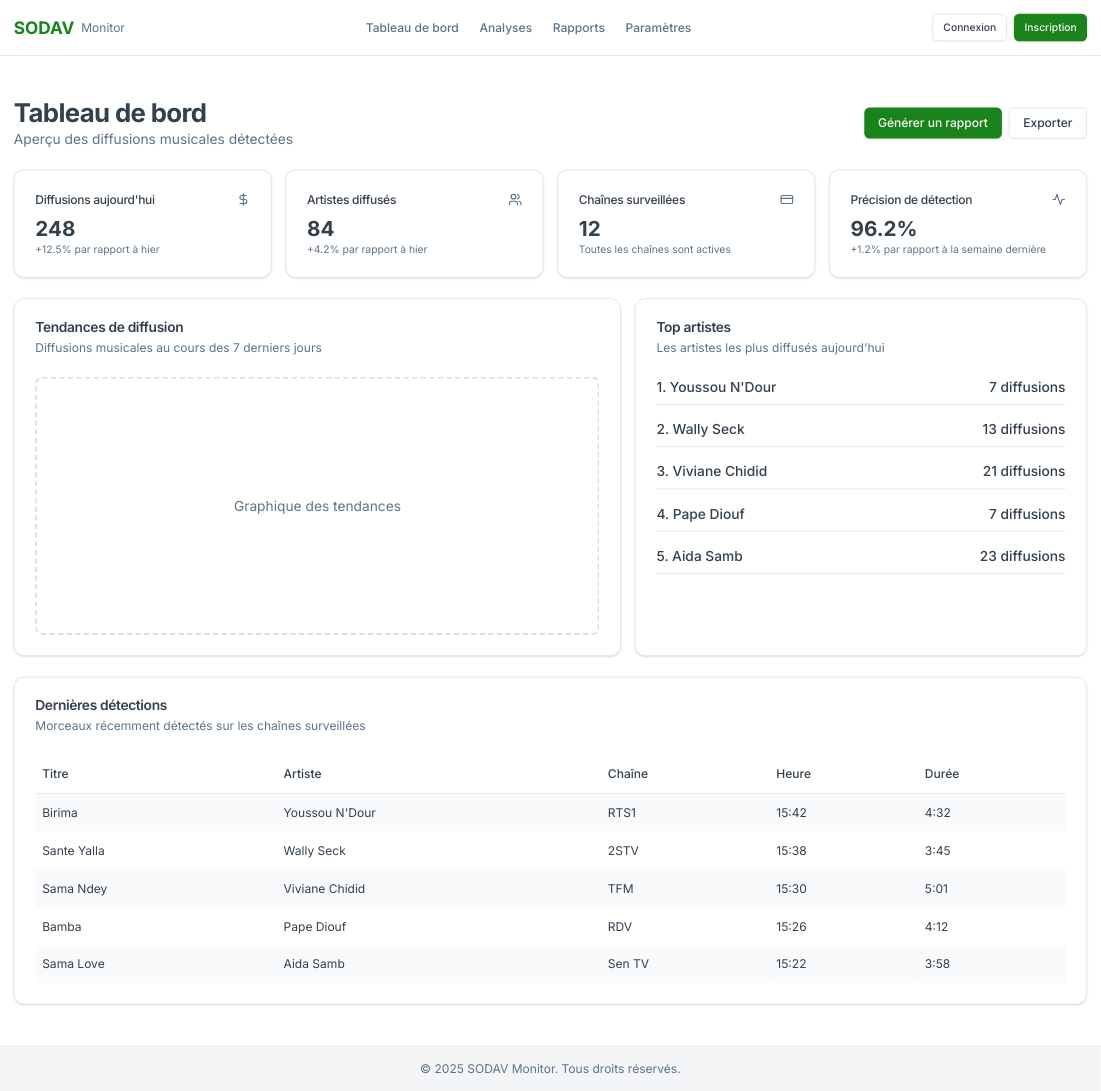
Repository: LordThiouk/soda
Page: /dashboard (app in frontend/)
An editor plug-in stored every save of this project. The page is shown before and after the next save, followed by the edit.
The browser window is 1280 px wide. The pictures show the whole page, at 86% of full size.
The project was rebuilt for these pictures with package versions that can differ from the ones it lists, and the page was loaded fresh each time. The framework's server and built-in components were replaced by stand-ins that run in the browser. Also part of the build but not shown: frontend/next.config.js.

Above is the page before, as saved 2025-03-27 16:21:21.

After the next save:
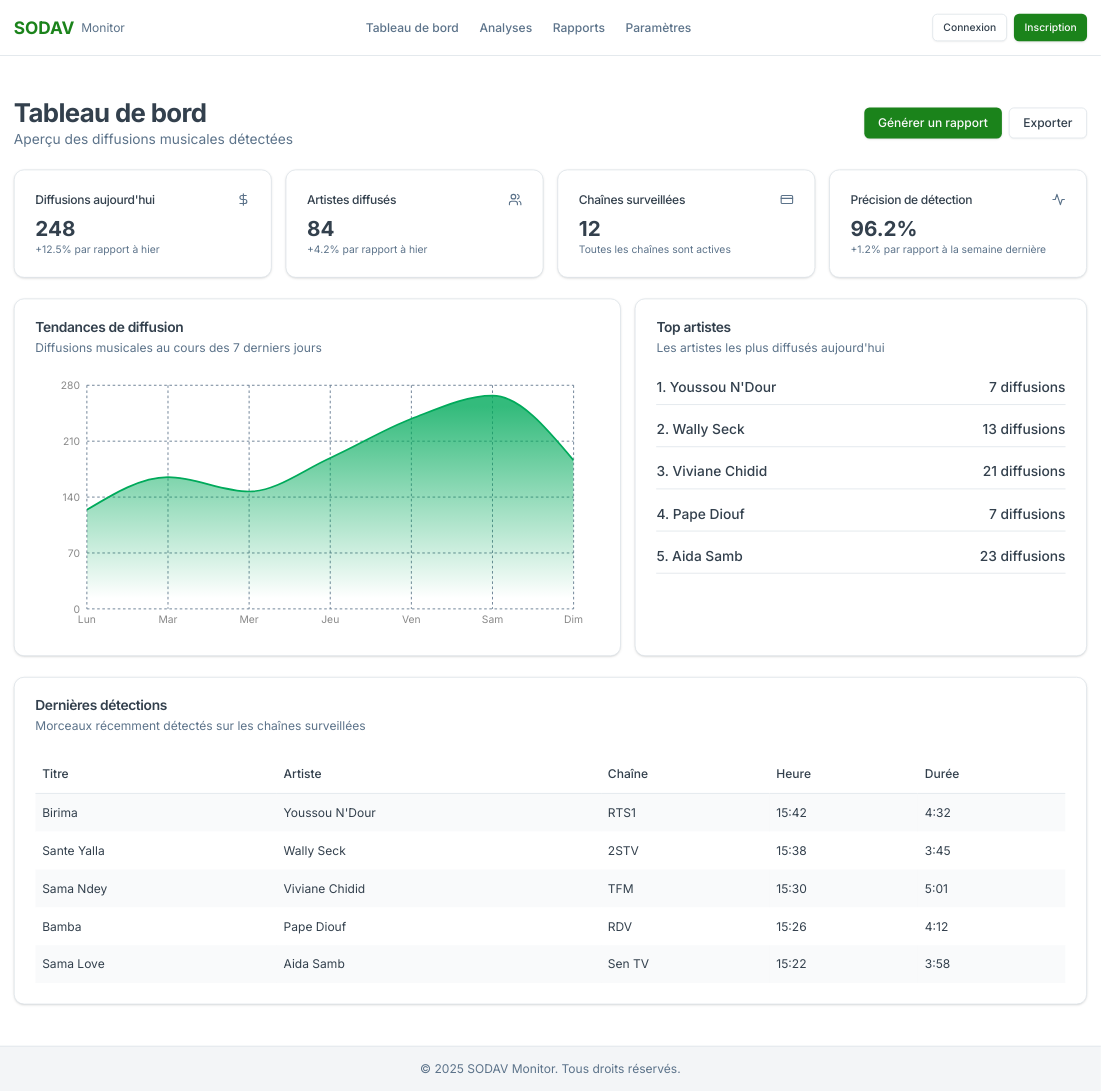
Saved 43 s later.
--- a/frontend/src/app/(auth)/dashboard/page.tsx
+++ b/frontend/src/app/(auth)/dashboard/page.tsx
@@ -1,5 +1,17 @@
 import { Card, CardContent, CardDescription, CardHeader, CardTitle } from "@/components/ui/card";
 import { Button } from "@/components/ui/button";
+import { AreaChart } from "@/components/charts/AreaChart";
+
+// Données de démonstration pour le graphique des tendances
+const trendData = [
+  { date: "Lun", count: 124 },
+  { date: "Mar", count: 165 },
+  { date: "Mer", count: 147 },
+  { date: "Jeu", count: 189 },
+  { date: "Ven", count: 238 },
+  { date: "Sam", count: 267 },
+  { date: "Dim", count: 186 },
+];
 
 export default function DashboardPage() {
   return (
@@ -134,9 +146,7 @@ export default function DashboardPage() {
             </CardDescription>
           </CardHeader>
           <CardContent>
-            <div className="h-[300px] flex items-center justify-center border-2 border-dashed border-muted-foreground/25 rounded-lg">
-              <p className="text-muted-foreground">Graphique des tendances</p>
-            </div>
+            <AreaChart data={trendData} />
           </CardContent>
         </Card>
         <Card className="lg:col-span-3">
